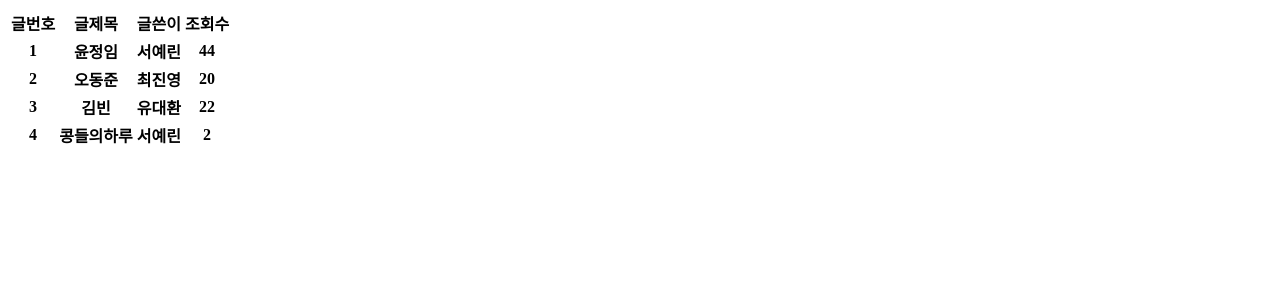
Repository: YERIN0531/SEOYERIN_WEBPRO
Page: gitSource/07_jQuery/jq01/WebContent/06_게시판eq.html
The author's editor kept a copy of each file at every save. The page is drawn from the files as they stood at one save, then again after the next save.
The browser window is 1280 px wide. The pictures show the whole page.

Above is the page before, as saved 2022-06-21 02:13:40.

### gitSource/07_jQuery/jq01/WebContent/06_게시판eq.html
<!DOCTYPE html>
<html>
<head>
<meta charset="utf-8">
<title>Insert title here</title>
<script src="https://code.jquery.com/jquery-3.6.0.min.js"></script>
<script>
 $(document).ready(function(){
	 //tr을 클릭하면 tr의 자식들 중 eq(0)번쨰 아이의 텍스트를 가지고 오게끔
	$('tr').click(function(){// html로 가져오든 text로 가져오든 지금 같은 경우엔 상관없음
		var no = $(this).children().eq(0).text();
// 	alert(no);
	if(!isNaN(Number(no))){
		location.href='03_toggle.html?no='+no;
	}

	});
 });
</script>
</head>
<body>
	<table>
		<tr><th>글번호</th><th>글제목</th><th>글쓴이</th><th>조회수</th></tr>
		<tr><th>1</th><th>윤정임</th><th>서예린</th><th>44</th></tr>
		<tr><th>2</th><th>오동준</th><th>최진영</th><th>20</th></tr>
		<tr><th>3</th><th>김빈</th><th>유대환</th><th>22</th></tr>
		<tr><th>4</th><th>콩들의하루</th><th>서예린</th><th>2</th></tr>
	</table>
</body>
</html>

After the next save:
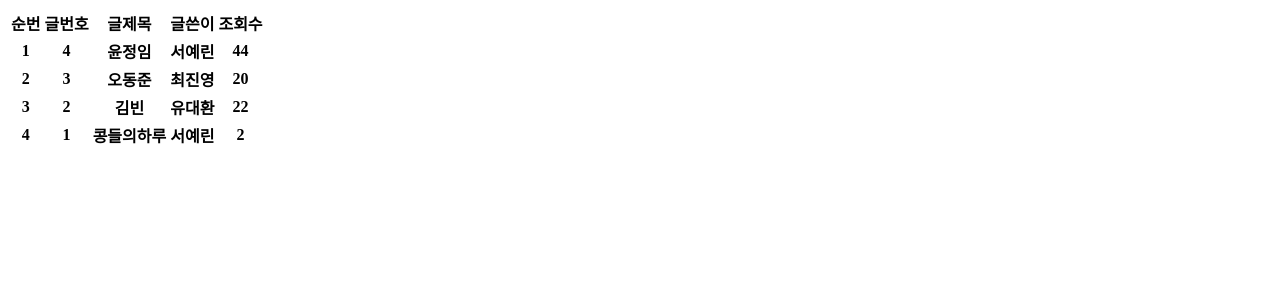
Saved 27 s later.
--- a/gitSource/07_jQuery/jq01/WebContent/06_게시판eq.html
+++ b/gitSource/07_jQuery/jq01/WebContent/06_게시판eq.html
@@ -20,11 +20,11 @@
 </head>
 <body>
 	<table>
-		<tr><th>글번호</th><th>글제목</th><th>글쓴이</th><th>조회수</th></tr>
-		<tr><th>1</th><th>윤정임</th><th>서예린</th><th>44</th></tr>
-		<tr><th>2</th><th>오동준</th><th>최진영</th><th>20</th></tr>
-		<tr><th>3</th><th>김빈</th><th>유대환</th><th>22</th></tr>
-		<tr><th>4</th><th>콩들의하루</th><th>서예린</th><th>2</th></tr>
+		<tr><th>순번</th><th>글번호</th><th>글제목</th><th>글쓴이</th><th>조회수</th></tr>
+		<tr><th>1</th><th>4</th><th>윤정임</th><th>서예린</th><th>44</th></tr>
+		<tr><th>2</th><th>3</th><th>오동준</th><th>최진영</th><th>20</th></tr>
+		<tr><th>3</th><th>2</th><th>김빈</th><th>유대환</th><th>22</th></tr>
+		<tr><th>4</th><th>1</th><th>콩들의하루</th><th>서예린</th><th>2</th></tr>
 	</table>
 </body>
 </html>
